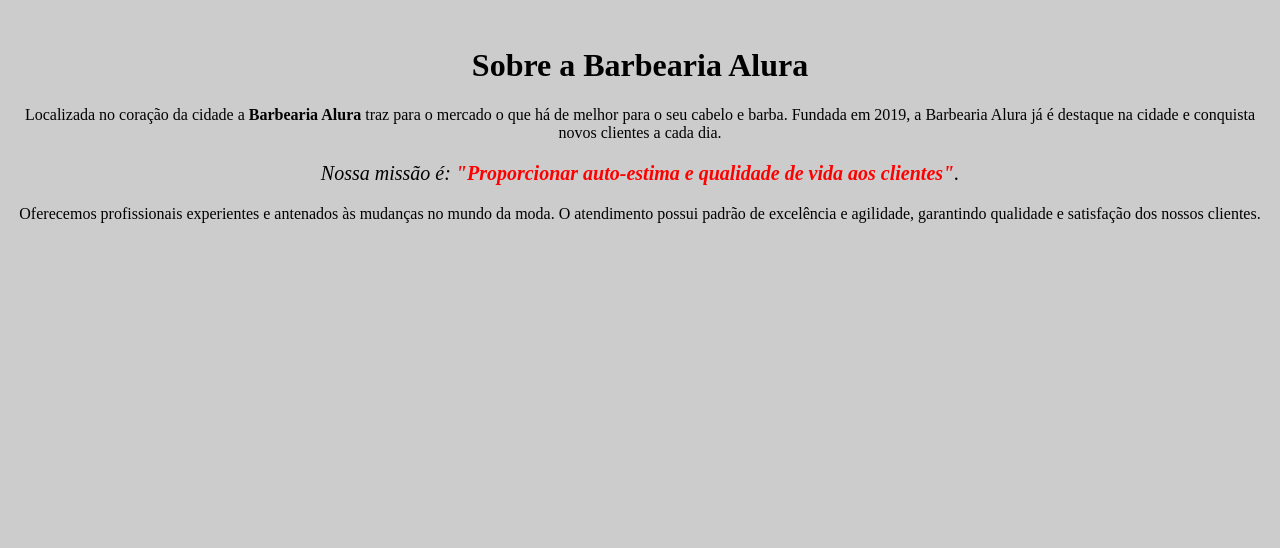
Repository: RenatoCCS/Barbearia_Alura
Page: index.html
The author's editor kept a copy of each file at every save. The page is drawn from the files as they stood at one save, then again after the next save.
The browser window is 1280 px wide. The pictures show the whole page.

Above is the page before, as saved 2022-10-17 20:45:26.

After the next save:
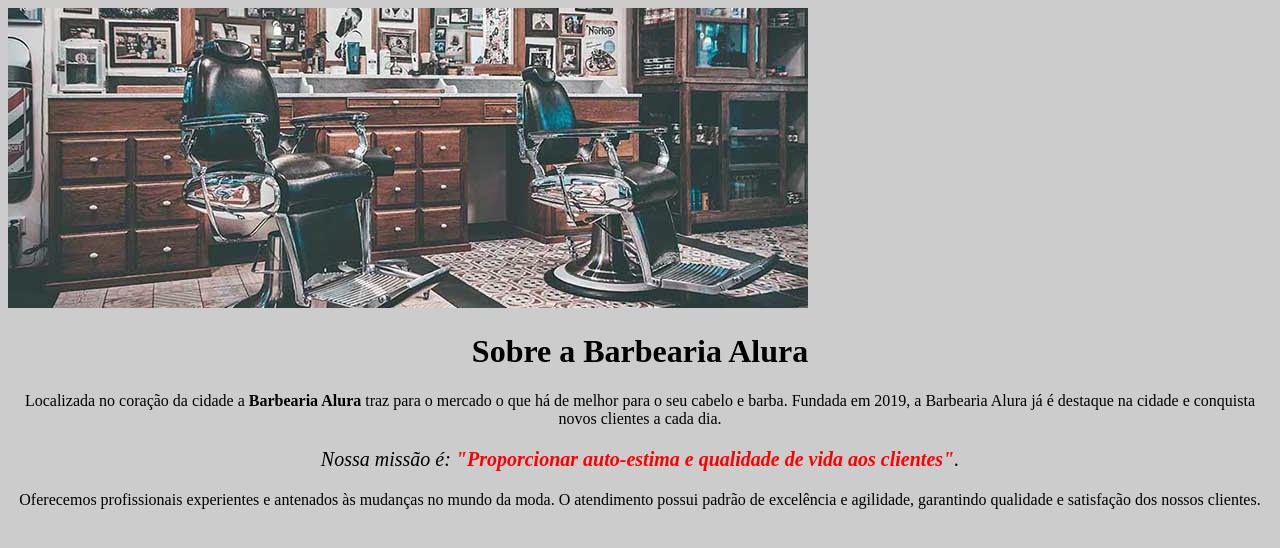
Saved 22 s later.
--- a/index.html
+++ b/index.html
@@ -8,7 +8,7 @@
   </head>
 
   <body>
-    <img src="" alt="" />
+    <img src="banner.jpg" alt="" />
 
     <h1>Sobre a Barbearia Alura</h1>
 
